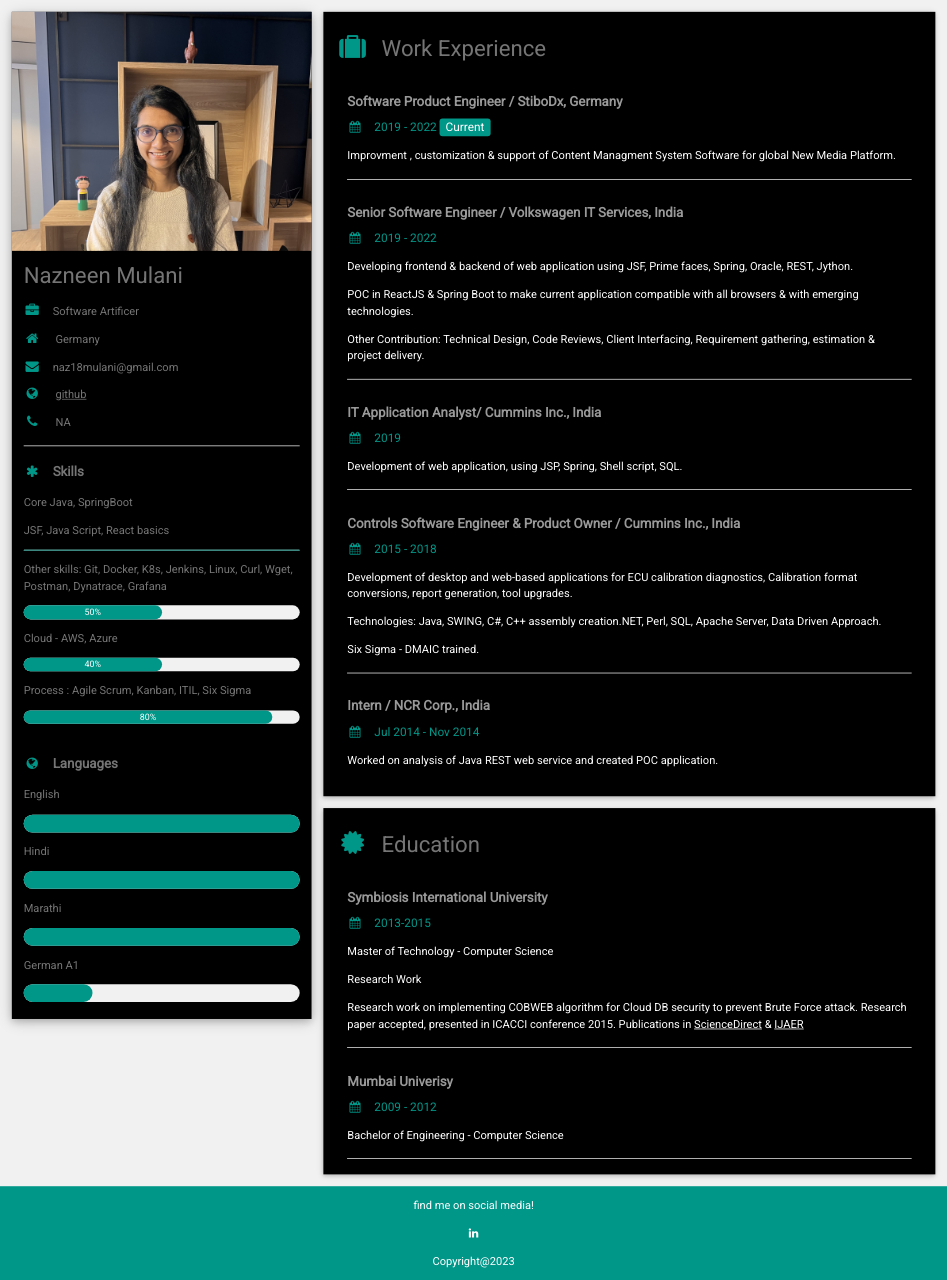
Repository: nazneenprojects/nazneen.github.io
Page: index.html
The author's editor kept a copy of each file at every save. The page is drawn from the files as they stood at one save, then again after the next save.
The browser window is 1280 px wide. The pictures show the whole page, at 74% of full size.

Above is the page before, as saved 2023-07-09 11:31:33.

### index.html
<!DOCTYPE html>
<html>
<title>Nazneen Portfolio</title>
<meta charset="UTF-8">
<meta name="viewport" content="width=device-width, initial-scale=1">
<link rel="stylesheet" href="https://www.w3schools.com/w3css/4/w3.css">
<link rel='stylesheet' href='https://fonts.googleapis.com/css?family=Roboto'>
<link rel="stylesheet" href="https://cdnjs.cloudflare.com/ajax/libs/font-awesome/4.7.0/css/font-awesome.min.css">
<style>
html,body,h1,h2,h3,h4,h5,h6 {font-family: "Roboto", sans-serif}
</style>
<body class="w3-light-grey">

<!-- Page Container -->
<div class="w3-content w3-margin-top" style="max-width:1400px;">

  <!-- The Grid -->
  <div class="w3-row-padding">

    <!-- Left Column -->
    <div class="w3-third">

      <div class="w3-black w3-text-grey w3-card-4">
        <div class="w3-display-container">
          <img src="IMG_NazneenM.JPG" style="width:100%" alt="Avatar">
          <div class="w3-display-bottomleft w3-container w3-text-black">
          </div>
        </div>
        <div class="w3-container">
          <h2>Nazneen Mulani</h2>
          <p><i class="fa fa-briefcase fa-fw w3-margin-right w3-large w3-text-teal"></i>Software Artificer</p>
          <p><i class="fa fa-home fa-fw w3-margin-right w3-large w3-text-teal"></i> Germany </p>
          <p><i class="fa fa-envelope fa-fw w3-margin-right w3-large w3-text-teal"></i>naz18mulani@gmail.com</p>
          <p><i class="fa fa-globe fa-fw w3-margin-right w3-large w3-text-teal"></i>
          <a href="https://github.com/nazneenprojects">github</a>
          </p>
          <p><i class="fa fa-phone fa-fw w3-margin-right w3-large w3-text-teal"></i> NA </p>
          <hr>

          <p class="w3-large"><b><i class="fa fa-asterisk fa-fw w3-margin-right w3-text-teal"></i>Skills</b></p>
          <p>Core Java, SpringBoot</p>
          <div class="w3-light-grey w3-round-xlarge w3-small">

          </div>
          <p>JSF, Java Script, React basics</p>
          <div class="w3-light-grey w3-round-xlarge w3-small">
            <div class="w3-container w3-center w3-round-xlarge w3-teal" style="width:100%">
              <div class="w3-center w3-text-white"></div>
            </div>
          </div>
          <p>Other skills: Git, Docker, K8s, Jenkins, Linux, Curl, Wget, Postman, Dynatrace, Grafana</p>
          <div class="w3-light-grey w3-round-xlarge w3-small">
            <div class="w3-container w3-center w3-round-xlarge w3-teal" style="width:50%">50%</div>
          </div>
          <p>Cloud - AWS, Azure</p>
          <div class="w3-light-grey w3-round-xlarge w3-small">
            <div class="w3-container w3-center w3-round-xlarge w3-teal" style="width:50%">40%</div>
          </div>
          <p>Process : Agile Scrum, Kanban, ITIL, Six Sigma</p>
          <div class="w3-light-grey w3-round-xlarge w3-small">
            <div class="w3-container w3-center w3-round-xlarge w3-teal" style="width:90%">80%</div>
          </div>
          <br>

          <p class="w3-large w3-text-theme"><b><i class="fa fa-globe fa-fw w3-margin-right w3-text-teal"></i>Languages</b></p>
          <p>English</p>
          <div class="w3-light-grey w3-round-xlarge">
            <div class="w3-round-xlarge w3-teal" style="height:24px;width:100%"></div>
          </div>
          <p>Hindi</p>
          <div class="w3-light-grey w3-round-xlarge">
            <div class="w3-round-xlarge w3-teal" style="height:24px;width:100%"></div>
          </div>
          <p>Marathi</p>
          <div class="w3-light-grey w3-round-xlarge">
            <div class="w3-round-xlarge w3-teal" style="height:24px;width:100%"></div>
          </div>
          <p>German A1</p>
          <div class="w3-light-grey w3-round-xlarge">
            <div class="w3-round-xlarge w3-teal" style="height:24px;width:25%"></div>
          </div>
          <br>
        </div>
      </div><br>

    <!-- End Left Column -->
    </div>

    <!-- Right Column -->
    <div class="w3-twothird">

      <div class="w3-container w3-card w3-black w3-margin-bottom">
        <h2 class="w3-text-grey w3-padding-16"><i class="fa fa-suitcase fa-fw w3-margin-right w3-xxlarge w3-text-teal"></i>Work Experience</h2>
        <div class="w3-container">
          <h5 class="w3-opacity"><b>Software Product Engineer / StiboDx, Germany</b></h5>
          <h6 class="w3-text-teal"><i class="fa fa-calendar fa-fw w3-margin-right"></i>2019 - 2022 <span class="w3-tag w3-teal w3-round">Current</span></h6>
          <p> Improvment , customization & support of Content Managment System Software for global New Media Platform.</p>
          <hr>
        </div>
        <div class="w3-container">
          <h5 class="w3-opacity"><b>Senior Software Engineer / Volkswagen IT Services, India</b></h5>
          <h6 class="w3-text-teal"><i class="fa fa-calendar fa-fw w3-margin-right"></i>2019 - 2022</h6>
          <p>Developing frontend & backend of web application using JSF, Prime faces, Spring, Oracle, REST, Jython.</p>
          <p>POC in ReactJS & Spring Boot to make current application compatible with all browsers & with emerging technologies.</p>
          <p>Other Contribution: Technical Design, Code Reviews, Client Interfacing, Requirement gathering, estimation & project delivery.</p>
          <hr>
        </div>
        <div class="w3-container">
          <h5 class="w3-opacity"><b>IT Application Analyst/ Cummins Inc., India</b></h5>
          <h6 class="w3-text-teal"><i class="fa fa-calendar fa-fw w3-margin-right"></i>2019 </h6>
          <p>Development of web application, using JSP, Spring, Shell script, SQL.</p>
          <hr>
        </div>
        <div class="w3-container">
          <h5 class="w3-opacity"><b>Controls Software Engineer & Product Owner / Cummins Inc., India</b></h5>
          <h6 class="w3-text-teal"><i class="fa fa-calendar fa-fw w3-margin-right"></i>2015 - 2018</h6>
          <p>Development of desktop and web-based applications for ECU calibration diagnostics, Calibration format conversions, report generation, tool upgrades.</p>
          <p>Technologies: Java, SWING, C#, C++ assembly creation.NET, Perl, SQL, Apache Server, Data Driven Approach.</p>
          <p>Six Sigma - DMAIC trained.</p>
          <hr>
        </div>
        <div class="w3-container">
          <h5 class="w3-opacity"><b>Intern / NCR Corp., India</b></h5>
          <h6 class="w3-text-teal"><i class="fa fa-calendar fa-fw w3-margin-right"></i>Jul 2014 - Nov 2014</h6>
          <p>Worked on analysis of Java REST web service and created POC application. </p><br>
        </div>
      </div>

      <div class="w3-container w3-card w3-black">
        <h2 class="w3-text-grey w3-padding-16"><i class="fa fa-certificate fa-fw w3-margin-right w3-xxlarge w3-text-teal"></i>Education</h2>
        <div class="w3-container">
          <h5 class="w3-opacity"><b> Symbiosis International University</b></h5>
          <h6 class="w3-text-teal"><i class="fa fa-calendar fa-fw w3-margin-right"></i>2013-2015</h6>
          <p>Master of Technology - Computer Science</p>
          <p>Research Work</p>
          <p>
            Research work on implementing COBWEB algorithm for Cloud DB security to prevent Brute Force attack. Research paper accepted, presented in ICACCI conference 2015. Publications in

            <a href="https://www.sciencedirect.com/science/article/pii/S1877050915005359">ScienceDirect</a> &
            <a href="https://www.ripublication.com/Volume/ijaerv10n12.htm">IJAER</a>
          </p>
          <hr>
        </div>
        <div class="w3-container">
          <h5 class="w3-opacity"><b>Mumbai Univerisy</b></h5>
          <h6 class="w3-text-teal"><i class="fa fa-calendar fa-fw w3-margin-right"></i>2009 - 2012</h6>
          <p>Bachelor of Engineering - Computer Science</p>
          <hr>
        </div>
      </div>

    <!-- End Right Column -->
    </div>

  <!-- End Grid -->
  </div>

  <!-- End Page Container -->
</div>

<footer class="w3-container w3-teal w3-center w3-margin-top">

  <p>find me on social media!</p>
  <a href="https://www.linkedin.com/in/nazneen-mulani-05004012a/"> <i class="fa fa-linkedin w3-hover-opacity"></i></a>
  <p>Copyright@2023</p>
 <!--
  <i class="fa fa-facebook-official w3-hover-opacity"></i>
  <i class="fa fa-instagram w3-hover-opacity"></i>
  <i class="fa fa-snapchat w3-hover-opacity"></i>
  <i class="fa fa-pinterest-p w3-hover-opacity"></i>
  <i class="fa fa-twitter w3-hover-opacity"></i>
  <p>Powered by <a href="https://www.w3schools.com/w3css/default.asp" target="_blank">w3.css</a></p>
 -->
</footer>

</body>
</html>

After the next save:
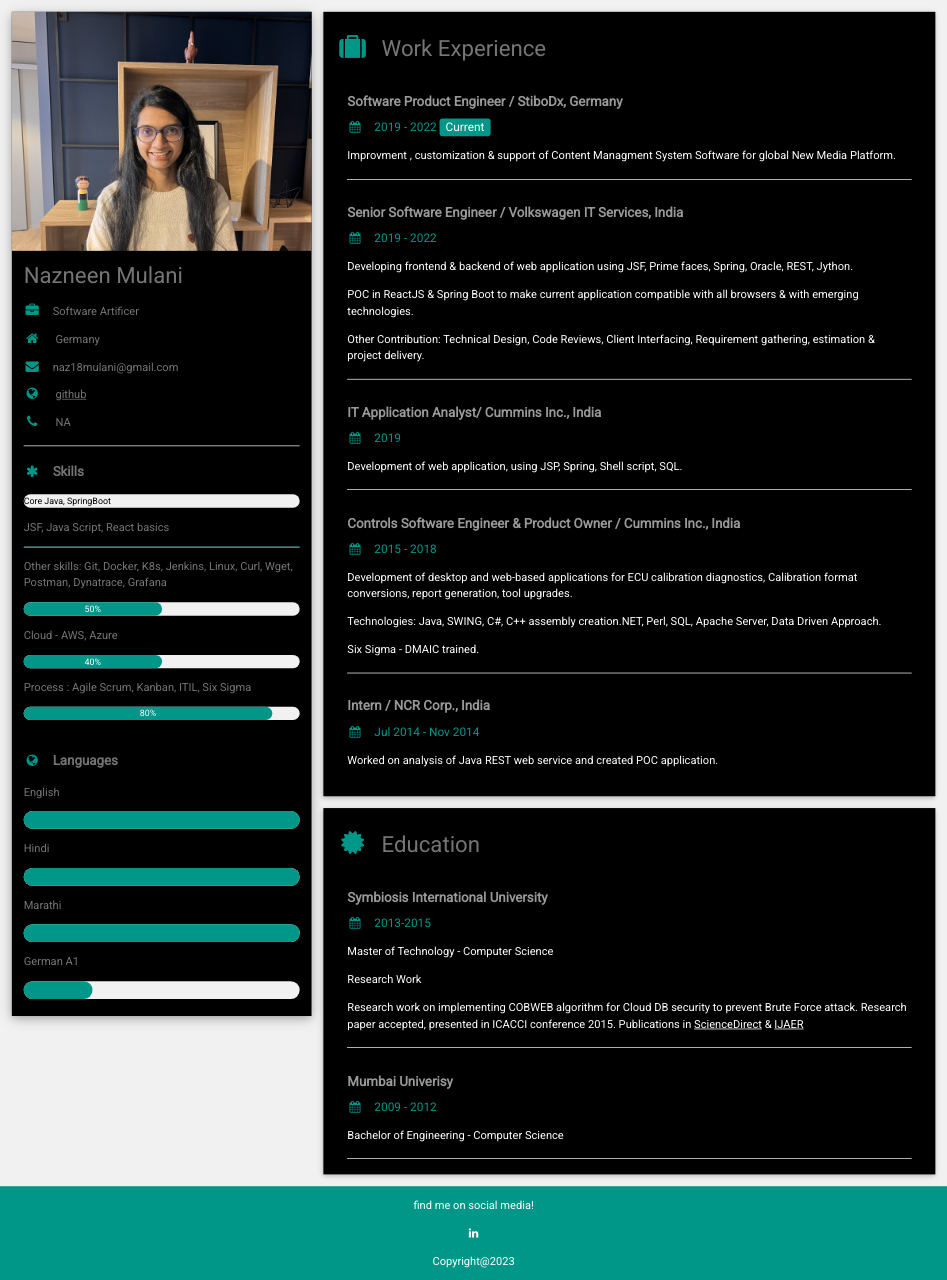
Saved 3 min 22 s later.
--- a/index.html
+++ b/index.html
@@ -38,9 +38,9 @@
           <hr>
 
           <p class="w3-large"><b><i class="fa fa-asterisk fa-fw w3-margin-right w3-text-teal"></i>Skills</b></p>
-          <p>Core Java, SpringBoot</p>
+
           <div class="w3-light-grey w3-round-xlarge w3-small">
-
+            <p>Core Java, SpringBoot</p>
           </div>
           <p>JSF, Java Script, React basics</p>
           <div class="w3-light-grey w3-round-xlarge w3-small">
